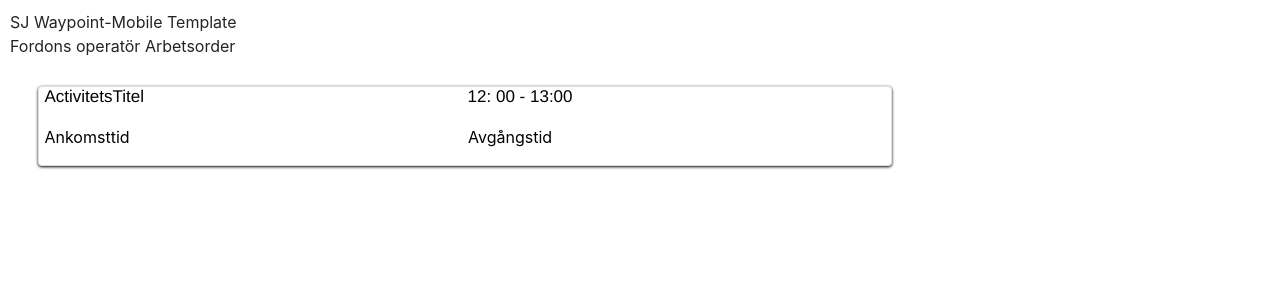
Repository: AdrianaLarsson/yarn-next-typescript
Page: /
These files come from the project's save history. The page is drawn as it stood at one moment and after the next save; the edit follows.
The browser window is 1280 px wide. The pictures show the whole page.
The project was rebuilt for these pictures with package versions that can differ from the ones it lists, and the page was loaded fresh each time. The framework's server and built-in components were replaced by stand-ins that run in the browser.

Above is the page before, as saved 2021-03-01 08:03:08.

After the next save:
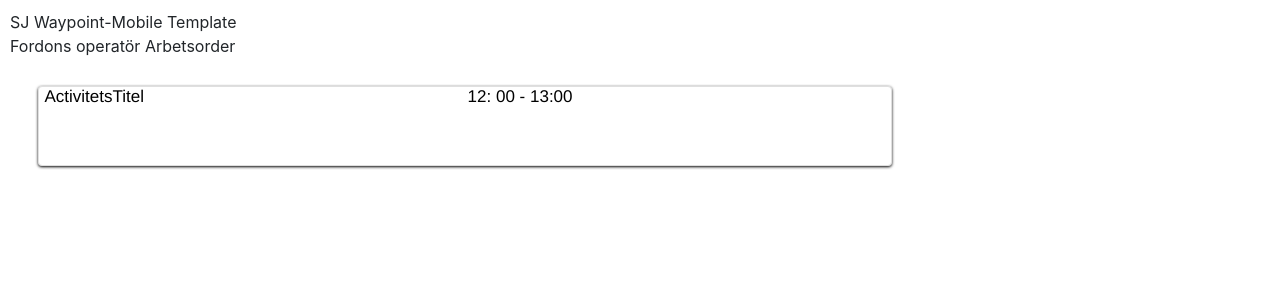
Saved 18 s later.
--- a/components/WorkOrderVehicleOperator/vehicleopreator.tsx
+++ b/components/WorkOrderVehicleOperator/vehicleopreator.tsx
@@ -25,10 +25,10 @@ function vehicleOpreator() {
           <B4>ActivitetsTitel</B4>
           <B4 style={{ fontSize: "17px" }}>12: 00 - 13:00</B4>
         </GridTitle>
-        <GridBody>
+       {/*  <GridBody>
         <H2>Ankomsttid</H2>
         <H2>Avgångstid</H2>
-        </GridBody>
+        </GridBody> */}
       </StyledCard>
 
 
